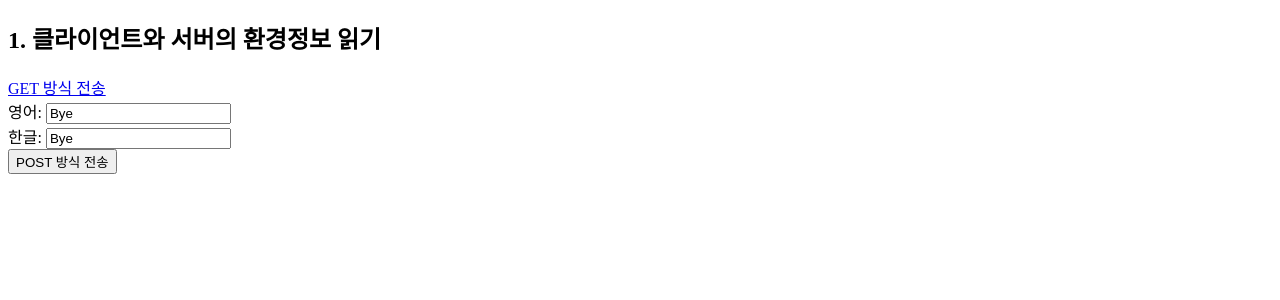
Repository: Motibidu/JSP_Servlet
Page: http://localhost/MushHaveJsp/02ImplicitObject/RequestMain.jsp
The author's editor kept a copy of each file at every save. The page is drawn from the files as they stood at one save, then again after a run of saves.
The browser window is 1280 px wide. The pictures show the whole page.
The page is served by Tomcat 10. Other server files are loaded and not shown.

Above is the page before, as saved 2025-05-02 05:45:59.

### MushHaveJsp/src/main/webapp/02ImplicitObject/RequestMain.jsp
<%@ page language="java" contentType="text/html; charset=UTF-8"
    pageEncoding="UTF-8"%>
<!DOCTYPE html>
<html>
<head>
<meta charset="UTF-8">
<title>Insert title here</title>
</head>
<body>
	<h2>1. 클라이언트와 서버의 환경정보 읽기</h2>
	<a href="./RequestWebInfo.jsp?eng=HEllo&han=안녕">
		GET 방식 전송
	</a>
	<br/>

	<form action="RequestWebInfo.jsp" method="post">
		영어: <input type= "text" name= "eng" value= "Bye"/><br/>
		한글: <input type= "text" name= "han" value= "Bye"/><br/>
		<input type= "submit" value="POST 방식 전송"/>
	</form>


</body>
</html>

After the next 2 saves:
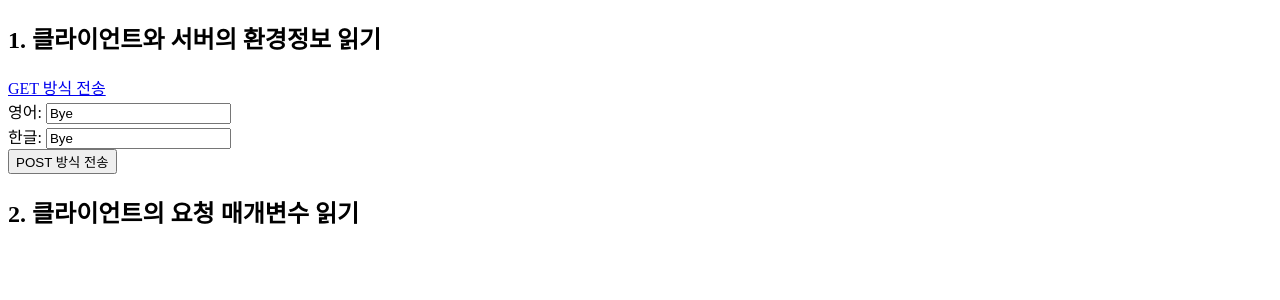
The 2 saves are shown as one change because they came seconds apart.
The last was saved 3 min 43 s later.
--- a/MushHaveJsp/src/main/webapp/02ImplicitObject/RequestMain.jsp
+++ b/MushHaveJsp/src/main/webapp/02ImplicitObject/RequestMain.jsp
@@ -19,6 +19,11 @@
 		<input type= "submit" value="POST 방식 전송"/>
 	</form>
 
+	<h2>2. 클라이언트의 요청 매개변수 읽기</h2>
+	<form method="post" action="RequestParameter.jsp">
+
+	</form>
+
 
 </body>
 </html>
